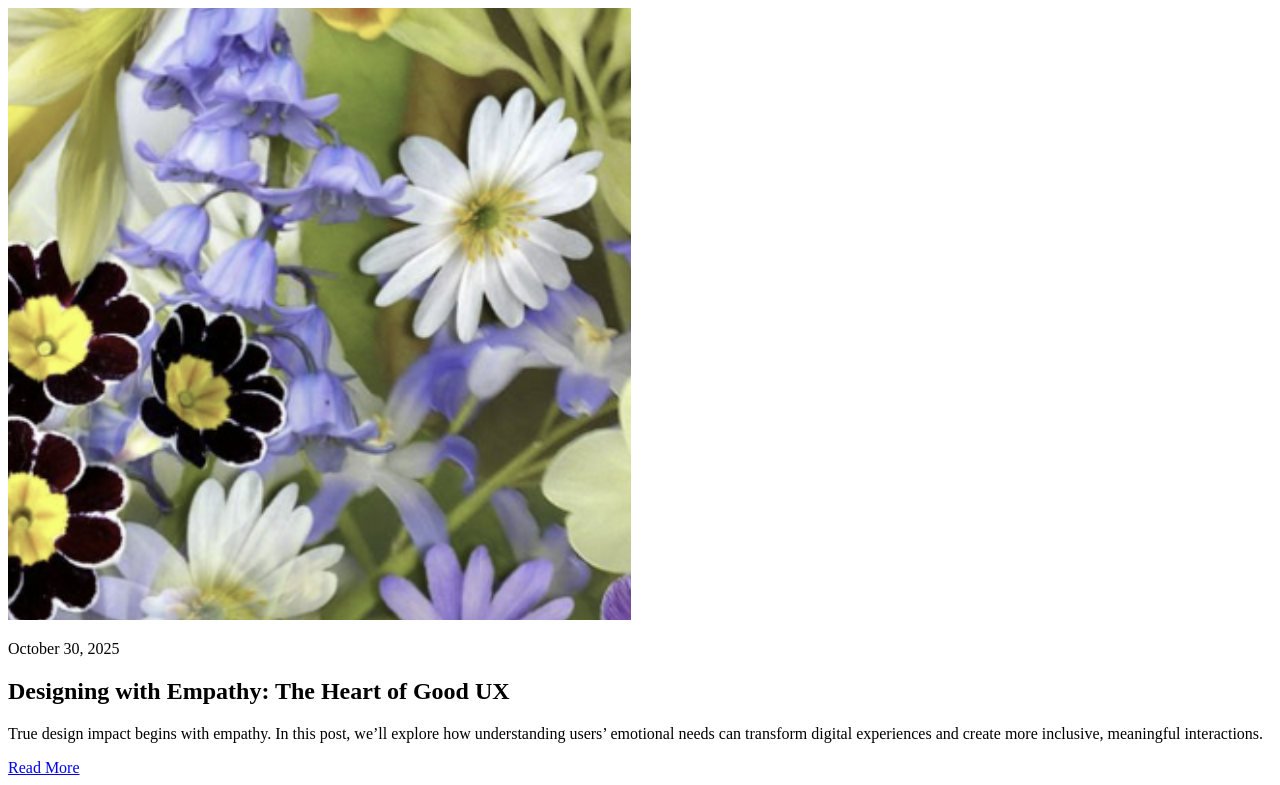
Repository: Brittany-Westlund/WebDesign
Page: Assignment4/flexbox.html
An editor plug-in stored every save of this project. The page is shown before and after the next save, followed by the edit.
The browser window is 1280 px wide. The pictures show the whole page.

Above is the page before, as saved 2025-10-30 16:41:09.

### Assignment4/flexbox.html
<!DOCTYPE html>
<html lang="en">
<head>
    <meta charset="UTF-8">
    <title>Flexbox Layout</title>
    <link rel="stylesheet" href="style/style.css">
</head>

<body>



<img src="images/wildflowers-square.png" alt="A closeup of wildflowers.">

<p class="date">October 30, 2025</p>

<h2 class="post-title">Designing with Empathy: The Heart of Good UX</h2>

<p class="post-preview">
  True design impact begins with empathy. In this post, we’ll explore how understanding users’ emotional needs can
  transform digital experiences and create more inclusive, meaningful interactions.
</p>

<a href="blog-post.html" class="read-more">Read More</a>










</body>
</html>

### Assignment4/style/style.css
.blog-preview {
  display: flex; /* activates Flexbox */
  flex-direction: row; /* aligns items in a row (default, but explicit is good) */
  align-items: center; /* vertically centers items within the row */
  gap: 20px; /* adds space between items */
}



.date { }



.post-title { }



.post-preview { }



.read-more { }

After the next save:
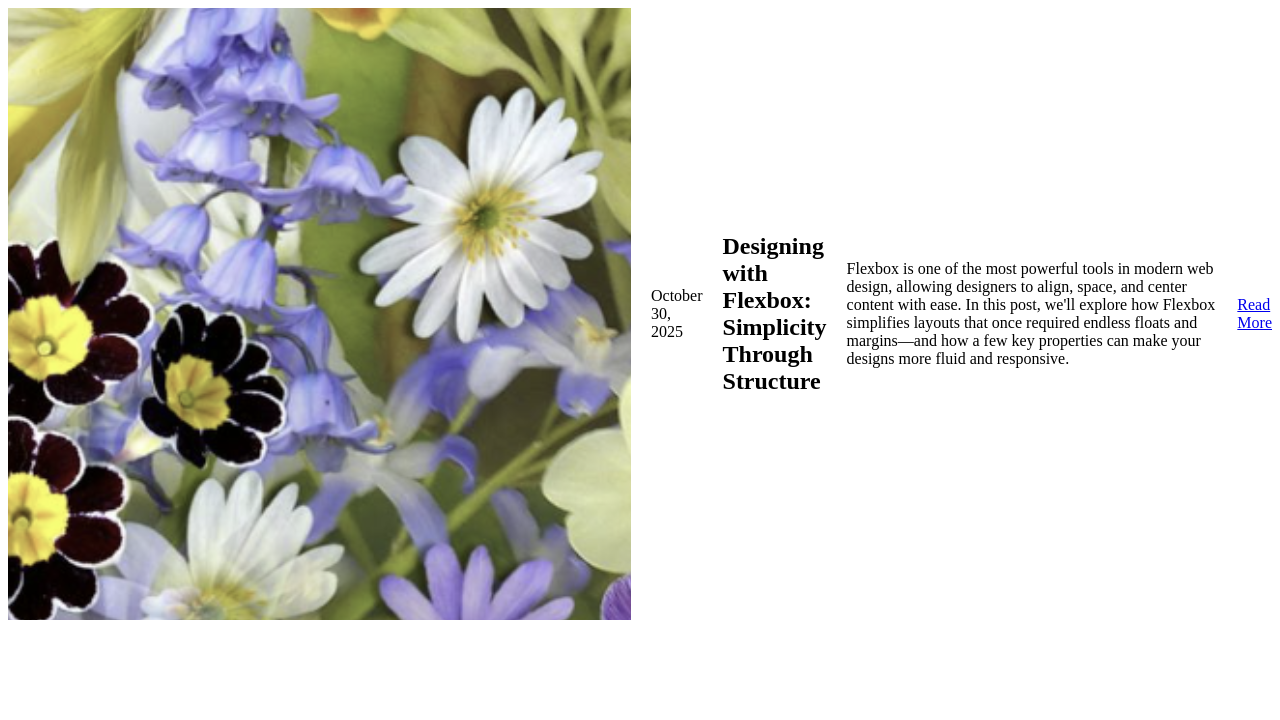
Saved 3 min 16 s later.
--- a/Assignment4/flexbox.html
+++ b/Assignment4/flexbox.html
@@ -8,20 +8,22 @@
 
 <body>
 
+<div class="blog-preview">
 
+    <img src="images/wildflowers-square.png" alt="A closeup of wildflowers.">
 
-<img src="images/wildflowers-square.png" alt="A closeup of wildflowers.">
+    <p class="date">October 30, 2025</p>
 
-<p class="date">October 30, 2025</p>
+    <h2 class="post-title">Designing with Flexbox: Simplicity Through Structure</h2>
 
-<h2 class="post-title">Designing with Empathy: The Heart of Good UX</h2>
-
-<p class="post-preview">
-  True design impact begins with empathy. In this post, we’ll explore how understanding users’ emotional needs can
-  transform digital experiences and create more inclusive, meaningful interactions.
-</p>
+    <p class="post-preview">
+    Flexbox is one of the most powerful tools in modern web design, allowing designers to align, space, and center content
+    with ease. In this post, we'll explore how Flexbox simplifies layouts that once required endless floats and margins—and
+    how a few key properties can make your designs more fluid and responsive.
+    </p>
 
 <a href="blog-post.html" class="read-more">Read More</a>
+</div>
 
 
 
